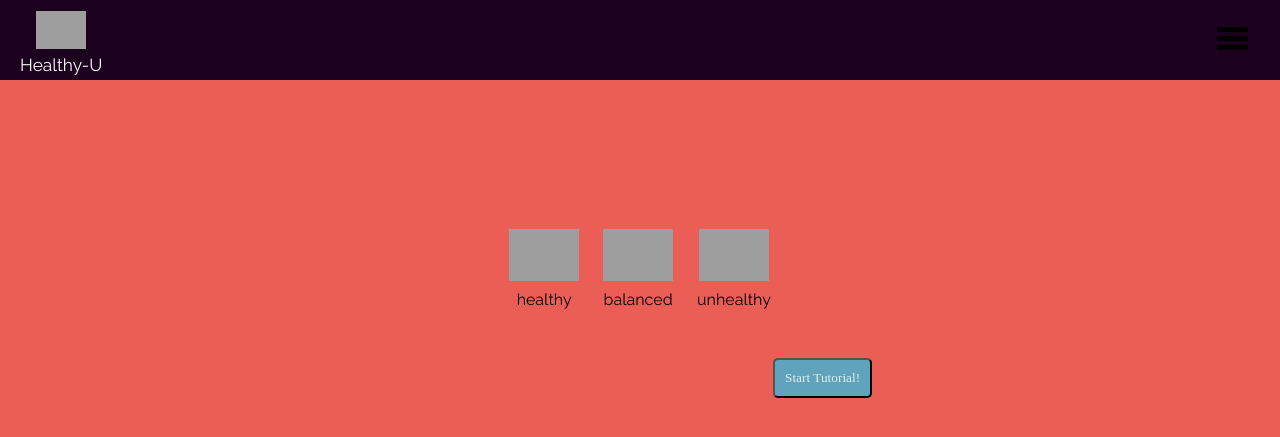
Repository: smashy09/healthy-share
Page: /InformationPage
An editor plug-in stored every save of this project. The page is shown before and after the next save, followed by the edit.
The browser window is 1280 px wide. The pictures show the whole page.
Pictures or frames that could not be fetched are drawn as grey boxes. The project was rebuilt for these pictures with package versions that can differ from the ones it lists, and the page was loaded fresh each time. The framework's server and built-in components were replaced by stand-ins that run in the browser. Also part of the build but not shown: next.config.js.

Above is the page before, as saved 2020-05-14 23:53:23.

### pages/_app.js
// import App from 'next/app'
import './app.css';

function MyApp({ Component, pageProps }) {
    return <Component {...pageProps} />
  }

  // Only uncomment this method if you have blocking data requirements for
  // every single page in your application. This disables the ability to
  // perform automatic static optimization, causing every page in your app to
  // be server-side rendered.
  //
  // MyApp.getInitialProps = async (appContext) => {
  //   // calls page's `getInitialProps` and fills `appProps.pageProps`
  //   const appProps = await App.getInitialProps(appContext);
  //
  //   return { ...appProps }
  // }

  export default MyApp

### pages/_document.js
import Document, { Html, Head, Main, NextScript } from 'next/document'


class MyDocument extends Document {
  static async getInitialProps(ctx) {
    const initialProps = await Document.getInitialProps(ctx)
    return { ...initialProps }
  }

  render() {
    return (
      <Html>
        <Head />
        <body>
        <link href="https://fonts.googleapis.com/css2?family=Raleway&display=swap" rel="stylesheet"></link>
          <Main />
          <NextScript />
        </body>
      </Html>
    )
  }
}

export default MyDocument

### pages/InformationPage/index.js
import Router from 'next/router';
import React from 'react';
import './info.css';
import Header from '../../comps/Header';
import CustomText from '../../comps/CustomText';
import CustomButton from '../../comps/CustomButton';

//Info Page


function NextPage(){
    Router.push("/AnimationPage1");
}
//homePage
const healthyImg = require('./healthyicon.png');
const balancedImg = require('./balancedicon.png');
const unhealthyImg = require('./unhealthyicon.png');

const InformationPage = ({backgroundColor, healthytxt, balancedtxt, unhealthytxt, healthyImg, balancedImg, unhealthyImg}) => <div
style={{backgroundColor:backgroundColor}}

  id="All_info_page">
    <Header/>
    <CustomText fontSize={22}  text="Welcome to Healthy-U!"/>
    <CustomText fontSize={18}  text="Health-U goal is to help you be more aware of
your lifestyle by gathering information based on
your answers for the survey!"/>
 <CustomText fontSize={22} text="How to Use!"/>
 <CustomText fontSize={18} text="Whenever you're ready just click start survey.
There will be 3 questions
Pick the answer that represents you the closest."/>
  <div className="card_answers">
        <div className="options">
            <img src={healthyImg} />
            {healthytxt}
        </div>

        <div className="options">
           <img src={balancedImg} />
            {balancedtxt}
         </div>

        <div className="options">
           <img src={unhealthyImg} />
            {unhealthytxt}
        </div>
    </div>
<CustomText fontSize={18} text="After answering you will be given results
filled with info on how to become a better U! "/>
<div className="info_button">
<CustomButton className="R_button" text="Start Tutorial!" onClick={NextPage}/>
</div>
</div>

InformationPage.defaultProps = {
    place:"New Button",
    color:"#000",
    healthytxt:"healthy",
    balancedtxt:"balanced",
    unhealthytxt:"unhealthy",
    healthyImg:healthyImg,
    balancedImg:balancedImg,
    unhealthyImg:unhealthyImg,
}
export default InformationPage;

### pages/app.css
*{
    font-family: 'Raleway', sans-serif;
}

### pages/InformationPage/info.css
body {
    background-color: #EB5E55;
}

.All_info_page{
    text-align: center;

}
.All_info_page p{
 margin-bottom: 2px;
}

.card_answers{
    display: flex;
    justify-content: center;
    align-items: center;
}

.options{
    display: inline-flex;
    flex-direction: column;
    align-items: center;
    /* border: solid 1px gray; */
    border-radius: 25px;
    margin: 10px;
    padding: 2px;

}

.options img{
    width: 70px;
    height: 70px;
    object-fit: contain;
}

.info_button{
    position: absolute;
    left: 60%;
}

### comps/Header/index.js
import React from 'react';
import Link from 'next/link';
import './header.css'
import {GiHamburgerMenu} from 'react-icons/gi';


const logoImg = require('./logo.png');

const Header = ({ text, color, fontSize, text1, text2, text3,text4, lineHeight}) => <div>
    <div className="HeaderContainer">
        <div className="HeaderLogo" style={{color, fontSize}} > <Link href="/HomePage"><img src={logoImg}/></Link><div>{text}</div></div>
        <div className="HamburgerMenu" onClick={MenuToggle}><GiHamburgerMenu size="35" /></div>
        <div className="HamburgermenuContainer" style={{fontSize, lineHeight}}>
        <Link href="/InformationPage"><div className="HamburgerItem">{text4}</div></Link>
            <Link href="/AnimationPage1"><div className="HamburgerItem">{text1}</div></Link>
            <Link href="/Survey1"><div className="HamburgerItem">{text2}</div></Link>
            <Link href="/ResultPage"><div className="HamburgerItem">{text3}</div></Link>
        </div>
    </div>
</div>

Header.defaultProps = {
    text: "Healthy-U",
    color: "#fff",
    fontSize: "13pt",
    text1: "Tutorial",
    text2: "Survey",
    text3: "Result",
    text4: "Information",
    lineHeight: "2em"
}


var menuState = false;
function MenuToggle() {
    if (menuState === true) {
        document.querySelector(".HamburgermenuContainer").style.display = "none";
        menuState = false;

    } else {
        document.querySelector(".HamburgermenuContainer").style.display = "block";
        menuState = true;
    }
}

export default Header;

### comps/CustomText/index.js
import React from 'react';
import './text.css';


//text

const CustomText = () => <div className="custom_text_box">
<p className="custom_text"></p>
</div>

CustomText.defaultProps = {
    color:"#3A3D42",
    text:"Hello There!",
    fontSize:"10px"
}

export default CustomText;

### comps/CustomButton/index.js
import React from 'react';
import './button.css';

//madec the UI

const CustomButton = ({text, backgroundColor, color, onClick}) => <div className="custom_button_box">
<button className="custom_button" style={{backgroundColor:backgroundColor, color:color}} onClick={onClick} > {text} </button>
</div>

function ButtonClick() {
    alert("clicked")
}

CustomButton.defaultProps = {
    backgroundColor:"#60a3bc",
    color:"#DEEDEC",
    text:"Start Survey",
    onClick:ButtonClick
}
export default CustomButton;

### comps/Header/header.css
body, html{
    margin:0;
}

.HeaderContainer {
    width: 100%;
    height: 80px;
    background-color:#1B011D;
    display: inline-flex;
    align-items: center;
}

.HeaderLogo:hover {
    opacity: 0.7;
}

.HeaderLogo:hover {
    opacity: 0.7;
}

.HamburgerMenu {
    position: absolute;
    right: 30px;
}

.HamburgerMenu:hover{
    color: white;
}

.HeaderLogo {
    padding-left: 20px;
    display: inline-flex;
    flex-direction: column;
    align-items: center;
    justify-content: center;
}

.HeaderLogo img{
    width: 50px;
    height: 50px;
    object-fit: contain;

}

.HamburgermenuContainer {
    margin: 20px;
    width: 120px;
    background-color: #D9ECF0;
    border-radius: 7%;
    text-align: center;
    padding: 15px;
    position: absolute;
    right: 0;
    top: 35px;
    display: none;
    z-index: 1;
}

.HamburgermenuContainer:hover {
    opacity: 0.8;
}


.HamburgerItem:hover {
    color: rgb(214, 129, 157);
    cursor: pointer;
}

### comps/CustomText/text.css
.custom_text_box{
    font-family: 'Spectral', serif;
    display: flex;
    justify-content: center;
    }

### comps/CustomButton/button.css
.custom_button {
    display: flex;
    border-radius: 5px;
    padding: 10px;
    font-family: 'Spectral', serif;
    cursor: pointer;
    margin: 5px;
    box-shadow: pink 10px;
    }

After the next save:
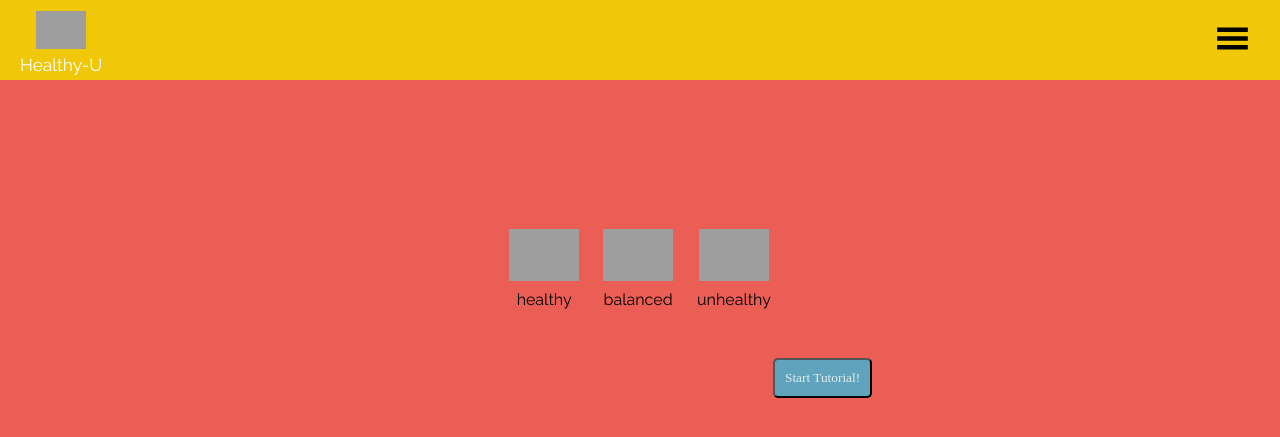
Saved 26 s later.
--- a/comps/Header/header.css
+++ b/comps/Header/header.css
@@ -5,7 +5,7 @@ body, html{
 .HeaderContainer {
     width: 100%;
     height: 80px;
-    background-color:#1B011D;
+    background-color:#F0C808;
     display: inline-flex;
     align-items: center;
 }
